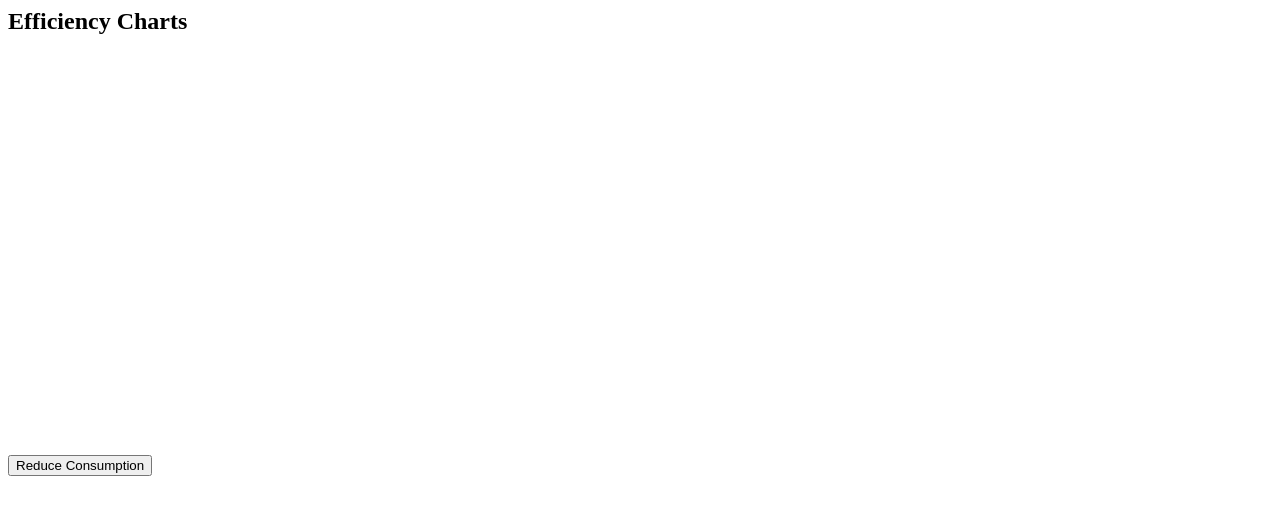
Repository: sau123/IoT-Distributive-System
Page: server/com.assignment2.server/WebContent/_views/efficiency.html
These files come from the project's save history. The page is drawn as it stood at one moment and after the next save; the edit follows.
The browser window is 1280 px wide. The pictures show the whole page.

Above is the page before, as saved 2015-08-03 08:18:44.

After the next save:
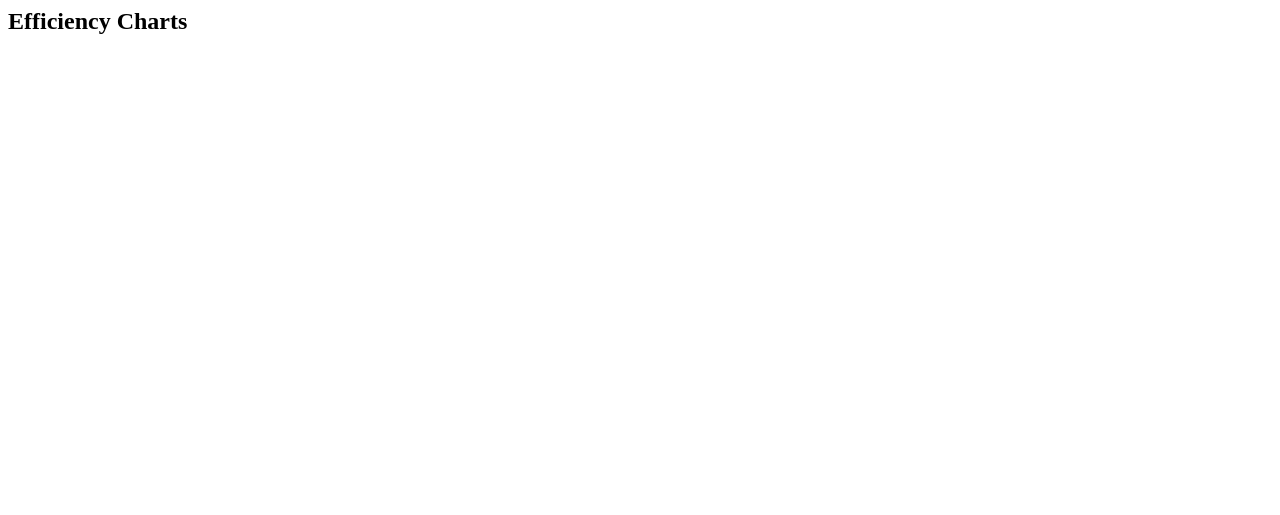
Saved 11 s later.
--- a/server/com.assignment2.server/WebContent/_views/efficiency.html
+++ b/server/com.assignment2.server/WebContent/_views/efficiency.html
@@ -7,7 +7,6 @@
 
 <div id="container" style="min-width: 310px; height: 400px; margin: 0 auto;"></div>
 <form ng-submit=callenergyConsumption()>
-<button type = "submit" style = 'color:black; text-align:"center"'
-ng-click=callenergyConsumption()>Reduce Consumption</button>
+<button type = "submit" style = 'color:black; text-align:"center">Reduce Consumption</button>
 </form>
 </div>

After the 3 saves that followed:
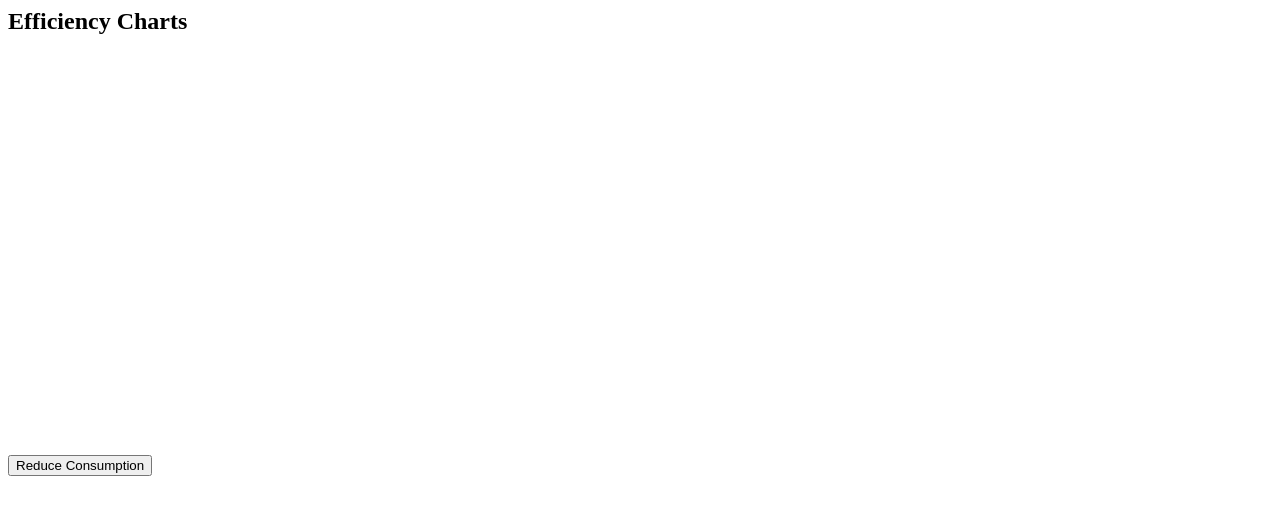
The 3 saves are shown as one change because 2 left the picture as it was.
The last was saved 113 s later.
--- a/server/com.assignment2.server/WebContent/_views/efficiency.html
+++ b/server/com.assignment2.server/WebContent/_views/efficiency.html
@@ -1,12 +1,12 @@
 
 
-<div data-ng-controller="EfficiencyController" ng-init="pageLoad()">
+<div data-ng-controller="EfficiencyController" data-ng-init="pageLoad()">
 <h2 class = "black1">Efficiency Charts </h2>
 
 
 
 <div id="container" style="min-width: 310px; height: 400px; margin: 0 auto;"></div>
-<form ng-submit=callenergyConsumption()>
-<button type = "submit" style = 'color:black; text-align:"center">Reduce Consumption</button>
+<form data-ng-submit=callenergyConsumption()>
+<button type = "submit" style = 'color:black'>Reduce Consumption</button>
 </form>
 </div>
